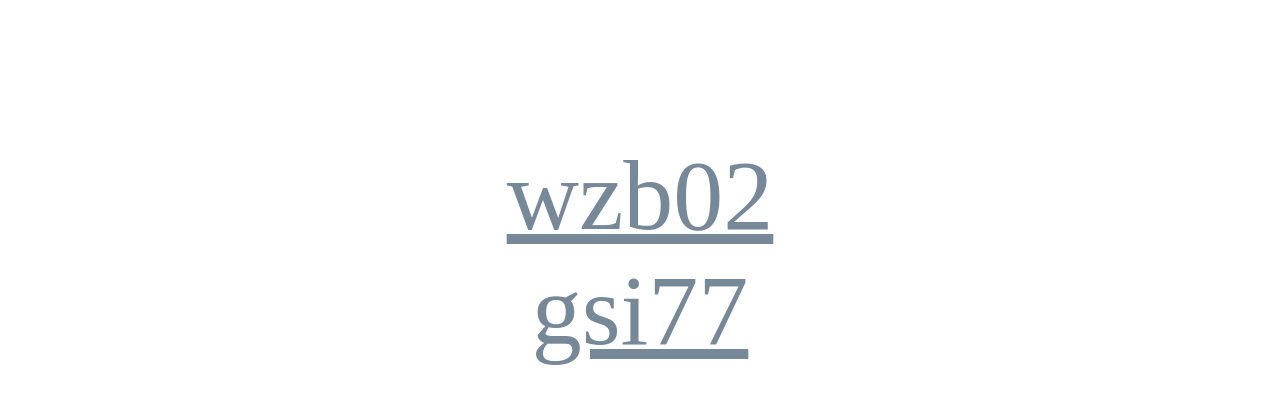
Repository: KHANas02/JS_first-lesson
Page: GIT.html
The author's editor kept a copy of each file at every save. The page is drawn from the files as they stood at one save, then again after a run of saves.
The browser window is 1280 px wide. The pictures show the whole page.

Above is the page before, as saved 2024-03-23 10:03:25.

After the next 2 saves:
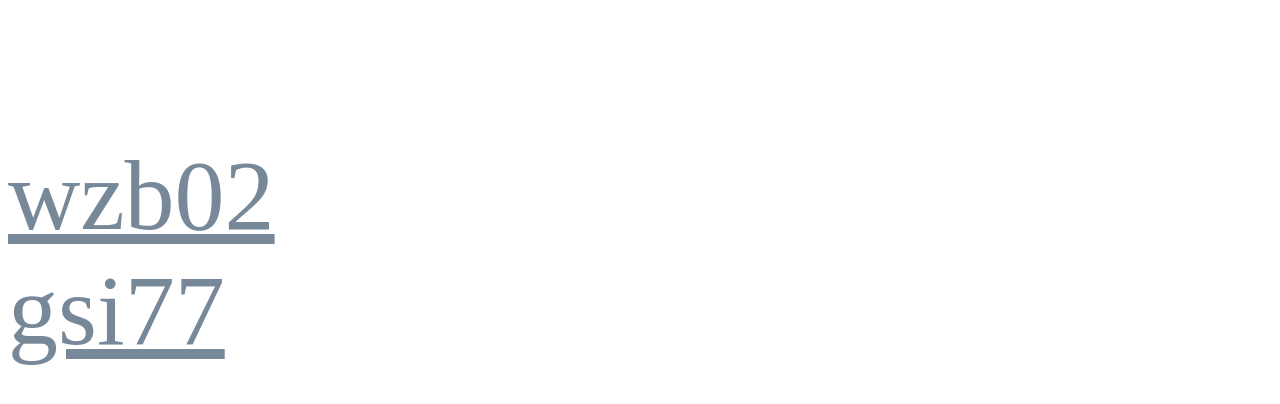
The 2 saves are shown as one change because they came seconds apart.
The last was saved 8 s later.
--- a/GIT.html
+++ b/GIT.html
@@ -7,7 +7,7 @@
     <link rel="stylesheet" href="./index.html" />
     <style>
       body {
-        background-image: lightseagreen;
+        background-image: url()
         text-align: center;
         position: relative;
         bottom: 20px;

After the 2 saves that followed:
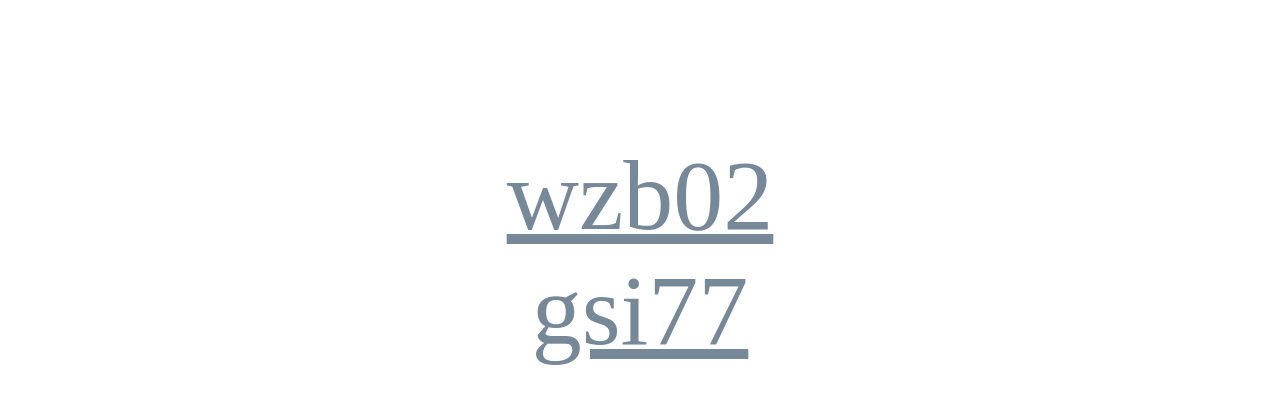
The 2 saves are shown as one change because 1 left the picture as it was.
The last was saved 11 s later.
--- a/GIT.html
+++ b/GIT.html
@@ -7,7 +7,8 @@
     <link rel="stylesheet" href="./index.html" />
     <style>
       body {
-        background-image: url()
+        background-image: url();
+        background-repeat: ;
         text-align: center;
         position: relative;
         bottom: 20px;
